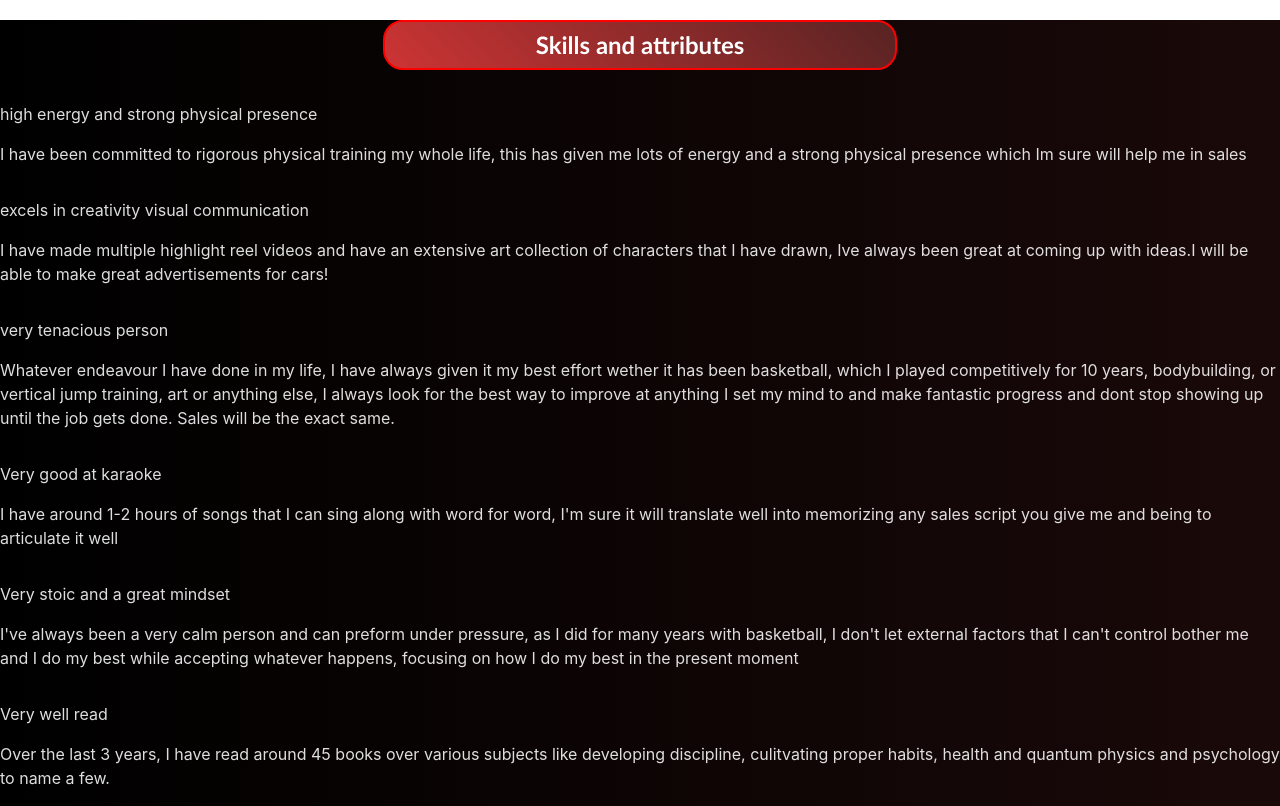
Repository: TMuse333/resume1
Page: /
The author's editor kept a copy of each file at every save. The page is drawn from the files as they stood at one save, then again after a run of saves.
The browser window is 1280 px wide. The pictures show the whole page.
The project was rebuilt for these pictures with package versions that can differ from the ones it lists, and the page was loaded fresh each time. Also part of the build but not shown: vite.config.js, src/components/navbar.jsx, src/components/about.jsx, src/components/contact.jsx, src/components/footer.jsx, src/components/experience.jsx, src/components/carousel.jsx, src/components/experienceCarousel.jsx and 4 more. Imported but missing from the stored project, and not drawn on this page: src/images/best_dunk.mp4.

Above is the page before, as saved 2023-10-18 15:06:58.

### index.html
<!doctype html>
<html lang="en">
  <head>
    <meta charset="UTF-8" />

    <meta name="viewport" content="width=device-width, initial-scale=1.0" />
    <title>Thomas Musial Resume 1</title>
  </head>
  <body>
    <div id="root"></div>
    <script type="module" src="/src/main.jsx"></script>
  </body>
</html>

### src/main.jsx
import './index.css'
import * as React from 'react';
import { StrictMode } from 'react';
import { createRoot } from 'react-dom/client';
import { BrowserRouter } from 'react-router-dom';

import App from './App';

const rootElement = document.getElementById('root');
const root = createRoot(rootElement);

root.render(
  <StrictMode>
    <BrowserRouter>
      <App />
    </BrowserRouter>
  </StrictMode>
);

### src/index.css
:root {
  font-family: Inter, system-ui, Avenir, Helvetica, Arial, sans-serif;
  line-height: 1.5;
  font-weight: 400;

  /* color-scheme: light dark; */
  color: rgba(255, 255, 255, 0.87);
  background-color: #242424;

  font-synthesis: none;
  text-rendering: optimizeLegibility;
  -webkit-font-smoothing: antialiased;
  -moz-osx-font-smoothing: grayscale;
  -webkit-text-size-adjust: 100%;
}

a {
  font-weight: 500;
/* color:black; */
  text-decoration: inherit;
}
a:hover {

}

body {
  margin: 0;
  display: flex;
  place-items: center;
  min-width: 320px;
  min-height: 100vh;
}

h1 {
  font-size: 3.2em;
  line-height: 1.1;
}

button {
  border-radius: 8px;
  border: 1px solid transparent;
  padding: 0.6em 1.2em;
  font-size: 1em;
  font-weight: 500;
  font-family: inherit;

  cursor: pointer;
  transition: border-color 0.25s;
}
button:hover {

}
button:focus,
button:focus-visible {

}

@media (prefers-color-scheme: light) {
  :root {
    /* color: #213547; */
    background-color: #ffffff;
  }
  a:hover {

  }
  button {
    background-color: #f9f9f9;
  }
}

### src/App.jsx
import { useState } from 'react'
import './App.css'
import {
  BrowserRouter as Router,

  Route, Routes

} from "react-router-dom";




import MainLayout from './components/MainLayout';

import { SkillProvider } from './context/context'
import FAQ from './components/FAQ';
import Progress from './components/progress';


function App() {
  return (
    <>

    <SkillProvider>
   <Routes>

      <Route path='/' element={<MainLayout/>}/>
     <Route path="/FAQ" element={<FAQ/>}/>
     <Route path="/progress" element={<Progress/>}/>
      </Routes>
      </SkillProvider>


   </>
  );
}

export default App;

### src/components/MainLayout.jsx
import React from 'react';
import Navbar from './navbar';
import About from './about';
import Skills from './skills';

import ContactForm from './contact';
import Footer from './footer';
import Carousel from './carousel';



import ExperienceCarousel from './experienceCarousel';
import BulletPointList from './bulletPointList';

 // Replace with the actual path to your Navbar component

function MainLayout({ children }) {
  return (
   <>
   {/* <Navbar/> */}
   {/* <About/> */}
   <Skills/>
   {/* <BulletPointList/> */}
  {/* <Carousel/> */}
    {/* <ExperienceCarousel/> */}
    {/* <ContactForm/> */}
    {/* <Footer/> */}
    </>


  );
}

export default MainLayout;

### src/context/context.jsx
// SkillContext.js

import React, { createContext, useContext, useState } from 'react';

// Create the SkillContext
const SkillContext = createContext();

// Create a custom hook for accessing the SkillContext
export function useSkillContext() {
  return useContext(SkillContext);
}

// Create the SkillProvider component
export function SkillProvider({ children }) {
  const [selectedSkillIndex, setSelectedSkillIndex] = useState(null);

  return (
    <SkillContext.Provider value={{ selectedSkillIndex, setSelectedSkillIndex }}>
      {children}
    </SkillContext.Provider>
  );
}

### src/components/skills.jsx
import React, { useEffect, useState } from 'react';
import { motion } from 'framer-motion';
import { attributes } from './skillDesc';

import { services } from './skillDesc';
import { useSkillContext } from '../context/context';

const Skills = () => {
  const [skillsInView, setSkillsInView] = useState(Array(services.length).fill(false));
  const { selectedSkillIndex, setSelectedSkillIndex } = useSkillContext();
  const [isHovered, setIsHovered] = useState(-1)
  const [isSkillDescriptionVisible, setIsSkillDescriptionVisible] = useState(Array(services.length).fill(false));


  const handleSkillClick = (index) => {
    setSelectedSkillIndex(index);
    console.log(selectedSkillIndex)

    setIsSkillDescriptionVisible((prev) => {
      const newIsSkillDescriptionVisible = [...prev];
      newIsSkillDescriptionVisible[index] = !prev[index];

      return newIsSkillDescriptionVisible;
    });
  };



  const handleHover = () => {
        setIsHovered(index)
  }


  const style = (index) =>( {

    height: selectedSkillIndex === index  && isSkillDescriptionVisible[index]? '375px' : '200px',
    transition: 'height 0.3s ease-in-out',
  })





  const staggerVariants = {
    visible: (index) => ({
      opacity: 1,
      x: 0,
       // Always start from the center
      transition: {
        duration:  + 0.5,
      },
    }),
    hidden: (index) => ({
      opacity: 0,
      x: -100, // Alternate between left and right
    }),
  };

  const skillStyles = (index) => ({
    // boxShadow: isHovered === index ? '0 0 100px rgba(10, 128, 0, 1)' : null,
    backgroundColor: isHovered === index ? 'rgba(305, 100, 100, 1)' : 'transparent',

    transform: isHovered === index ? 'scale(1.2)' : 'scale(1)',
    padding: '10px',
    borderRadius: '30px'

});

  useEffect(() => {
    const handleScroll = () => {
      services.forEach((skill, index) => {
        const skillsSection = document.getElementById(`skill-${index}`);
        if (skillsSection) {
          const { top} = skillsSection.getBoundingClientRect();


          const threshold = 100

          // Check if the skills section is in the viewport with the calculated threshold
          const isInView = top < window.innerHeight - threshold  ;
      //    console.log(`Skill ${index} - top: ${top}, window.innerHeight - threshold: ${window.innerHeight - threshold}, isInView: ${isInView}`);
          // Update the skillsInView array with the new in-view state
          setSkillsInView((prevSkillsInView) => {
            const newSkillsInView = [...prevSkillsInView];
            newSkillsInView[index] = isInView || prevSkillsInView[index]; // Update the state to true if already in view
            return newSkillsInView;
          });
        }
      });
    };

    // Add an event listener for scroll
    window.addEventListener('scroll', handleScroll);

    // Clean up the event listener when the component unmounts
    return () => {
      window.removeEventListener('scroll', handleScroll);
    };
  }, []);




  return (
    <section className="skills-section">
      <h2 className="section-title">Skills and attributes</h2>
      <div className="skills-container ">
        {attributes.map((skill, index) => (
         <div>
          <p>{skill.name}</p>
          <p>{skill.description}</p>
         </div>
        ))}
      </div>
    </section>
  );
};

export default Skills;

### src/components/skillDesc.js
import vegeta from '../images/vegeta-battle.png';
import majinVegeta from '../images/majin-vegeta.png'
import kakashi from '../images/kakashi-susanoo.jpg'
import abu from '../images/abu.png'
import obito from '../images/war_obito.jpg'
import ss1goku from '../images/ss1-goku.png'
import kakashi1 from '../images/first-kakashi.jpg'
import itachi1 from '../images/first-itachi.png'
import susanoo from '../images/susanoo.jpg'
import abuFlex from '../images/aboubacar-5-fire.png'
import vegeta1 from '../images/first-vegeta.png'
import abu1 from '../images/abu3.jpg'
import broly from '../images/broly.jpg'



import dunk from '../images/important_dunk.jpg'
import art from '../images/vegeta_progress.jpg'
import muscle from '../images/muscular_thomas.png'
import goku from '../images/goku-vs-jiren.jpg'

import smallTom from '../images/progress-pics/biggerTMuse.jpg'
import biggerTom from '../images/progress-pics/biggerTMuse.jpg'






export const experiences = [
  {
    title: 'Gym progress',
    description: 'Since the age of 13, I have been dedicated to building a strong body through weight training. '+
    'This has given me a high work capacity and how to deal with stress and work through it, which Im sure is an important skill for sales',
    image: muscle,
    height: 200,
    width: 30,
    maxWidth: 350,
    index:0


  },
  {
    title: 'Drawing progress',
    description: 'Ever since I was a young boy, I have been into drawing, it taught me how to really focus on a particular object and copy it detail for detail '+
    'I am sure I will be able to apply the focus and attention to detail into a sales career! Im sure it will also translate into creating useful and unique advertisements!',
    image: abuFlex,
    height: 50,
    width: 80,
    maxWidth: '300',
    index:1


  },
  {
    title: 'Dunking progress',
    description: "Wanting to ability to dunk for basketball, I dedicated myself to vertical jump training, "+
    "which took a lot more effort and planning than regular bodybuilding. "+
    "I will take the same structured approach to learning the art of sales!",
    image: dunk,
    height: 500,
    width: 250,
    maxWidth: '300',
    index:2

  },


]





  export const services = [
    {
      name: 'A very disciplined and focused individual',
      description: 'I live a very structured life to ensure that no precious time is wasted.'+
      'I always ensure to get around 2 to 4 hours of concentrated work with no distractions in a day while going to the gym first thing in the morning.'+
      ' while ending the day with an hour long meditation.'
    },
    // {
    //   name: 'Strong thirst for knowledge',
    //   description: 'I am always looking for new ways to improve my life and learn how the world works and why. '+
    //   'Over the last two years I have read approximately 45 books covering subjects on self development, psychology and quantum physics among other subjects '+
    //   "to try and understand the best way to navigate through life"
    // },
    // {
    //   name: 'Very calm individual and high stress tolerance',
    //   description: "As a very focused person, I dont let other meaningless external factors effect the primary objective."+
    //   'Through years of competitive basketball and years of weight lifting, I have learned how to preform under pressure situations '+
    //   'and complete the objective. I also practice stoicism and accept things the way they are and focus only on what I can control.'
    // },
    // {
    //   name: 'Very coachable',
    //   description:
    //   'Through out my basketball years I was very obidient to my coaches and did as I was told.'+
    //   'I will take whatever sales training you give me very seriously and do my best to implement it effectivley'
    // },
    // {
    //   name: 'Very tenacious',
    //   description: `Whatever task or subject I've taken on in my life, I have dedicated substantial periods of time to improve at it,` +
    //   'Whenever I put my mind to something I put all of my effort into it and made great improvements at it.'+
    //   " I am ready for sales to be the next thing I become great at."
    // },
    // {
    //   name: 'Competent with technology',
    //   description: 'I completed two years of computer science at Dalhousie university, giving me a solid foundation on how '+
    //   "to use technology. I even built this website myself!"
    // },
    // {
    //   name: 'Very well presented',
    //   description: 'I am aware that how you present yourself matters in a sales job '+
    //   "and I put substantial effort into my appearance by staying in great shape and putting together nice business orientated outfits on to be taken seriously"
    // },
    // {
    //   name: 'Thrives on diligence and hard work.',
    //   description: 'I am a man who is built to work, especially at my young age of 20 where I have large amounts of energy to expend.'+
    //   `I always put my best effort forward because I dislike being lazy and wasting all of my potential, as you only live once.` +
    //   'Where ever I go I put my best foot forward and do my best to gain the maximum benefit from anything I do'
    // },
    // Add more services here if needed
  ];


export const progress = [


  {
    name:'art progress',
    images:[
      {
        name:vegeta1,
        style: {
          width:'50vw',
          maxWidth: '400px',
          maxHeight: null,
          transform: 'translateY(25%)'
        }
      },

      {
        name:vegeta,
        style: {
          width:'50vw',
          maxWidth: '400px',
          maxHeight:'600px'
        }
      },
      {
        name:ss1goku,
        style: {
          width:'50vw',
          maxWidth: '400px',
          maxHeight: '454px',
          transform: 'translateY(25%)',
         // height:'454px'
        }
      },
      {
        name:broly,
        style: {
          width:'50vw',
          maxWidth: '400px',
          maxHeight:'600px'
        }
      },
      {
        name:kakashi1,
        style: {
          width:'50vw',
          maxWidth: '400px',
          maxHeight: null,
          transform: 'translateY(25%)'
        }
      },
      {
        name:kakashi,
        style: {
          width:'50vw',
          maxWidth: '400px',
          maxHeight:'600px'
        }
      },
      {
        name:abu1,
        style: {
          width:'50vw',
          maxWidth: '400px',
          maxHeight:'600px',
        //  height: '231px'
        }
      },
      {
        name:abuFlex,
        style: {
          width:'50vw',
          maxWidth: '400px',
          maxHeight:'600px',
          transform: 'translateY(20%)',
      //  height:'311px'
        }
      },

    ],
    description:
    'art is phenomenal'

  },

]


export const attributes = [
  {
    name: 'high energy and strong physical presence',
    description:'I have been committed to rigorous physical training my whole life, '+
    'this has given me lots of energy and a strong physical presence which Im sure will '+
    'help me in sales'
  },
  {
    name:'excels in creativity visual communication',
    description:'I have made multiple highlight reel videos and have an extensive art '+
    'collection of characters that I have drawn, Ive always been great at coming up with ideas.'+
    'I will be able to make great advertisements for cars!'
  },
  {
    name:'very tenacious person',
    description:'Whatever endeavour I have done in my life, I have always given it my best effort '+
    'wether it has been basketball, which I played competitively for 10 years, bodybuilding, or vertical jump training, art or '+
    'anything else, I always look for the best way to improve at anything I set my mind to and make fantastic progress and dont stop '+
    'showing up until the job gets done. Sales will be the exact same.'
  },
  {
    name:'Very good at karaoke',
    description:'I have around 1-2 hours of songs that I can sing along with word for word, '+
    "I'm sure it will translate well into memorizing any sales script you give me and being to articulate it well"
  },
  {
    name:'Very stoic and a great mindset',
    description:"I've always been a very calm person and can preform under pressure, as I did for many years "+
    "with basketball, I don't let external factors that I can't control bother me and I do my best while accepting whatever happens, "+
    "focusing on how I do my best in the present moment"
  },
  {
    name:'Very well read',
    description:'Over the last 3 years, I have read around 45 books over various subjects like developing discipline, culitvating proper habits, '
    +'health and quantum physics and psychology to name a few. '
  }

]

Loaded but not shown: src/App.css (713 lines, source omitted)

After the next 3 saves:
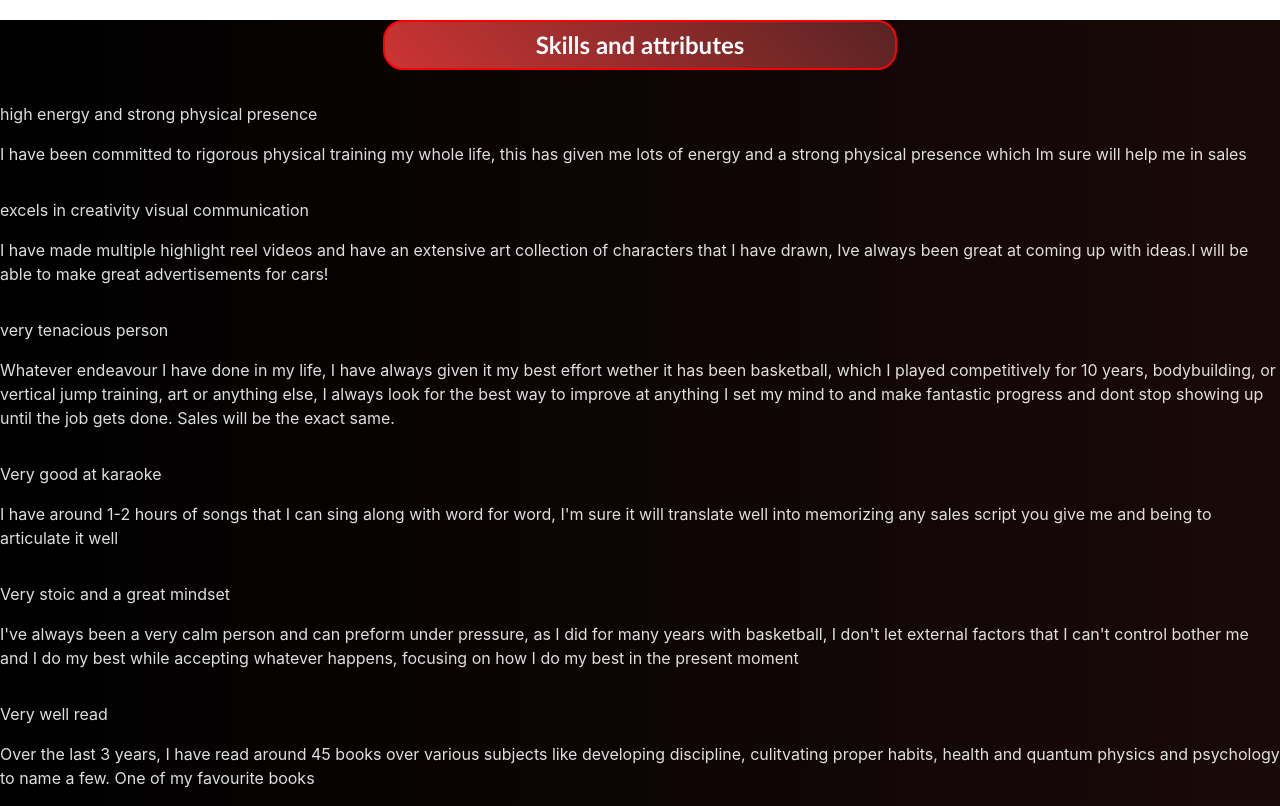
The 3 saves are shown as one change because they came seconds apart.
The last was saved 15 s later.
--- a/src/components/skillDesc.js
+++ b/src/components/skillDesc.js
@@ -245,7 +245,8 @@ export const attributes = [
   {
     name:'Very well read',
     description:'Over the last 3 years, I have read around 45 books over various subjects like developing discipline, culitvating proper habits, '
-    +'health and quantum physics and psychology to name a few. '
+    +'health and quantum physics and psychology to name a few. One of my favourite books '+
+    ''
   }
 
 ]
